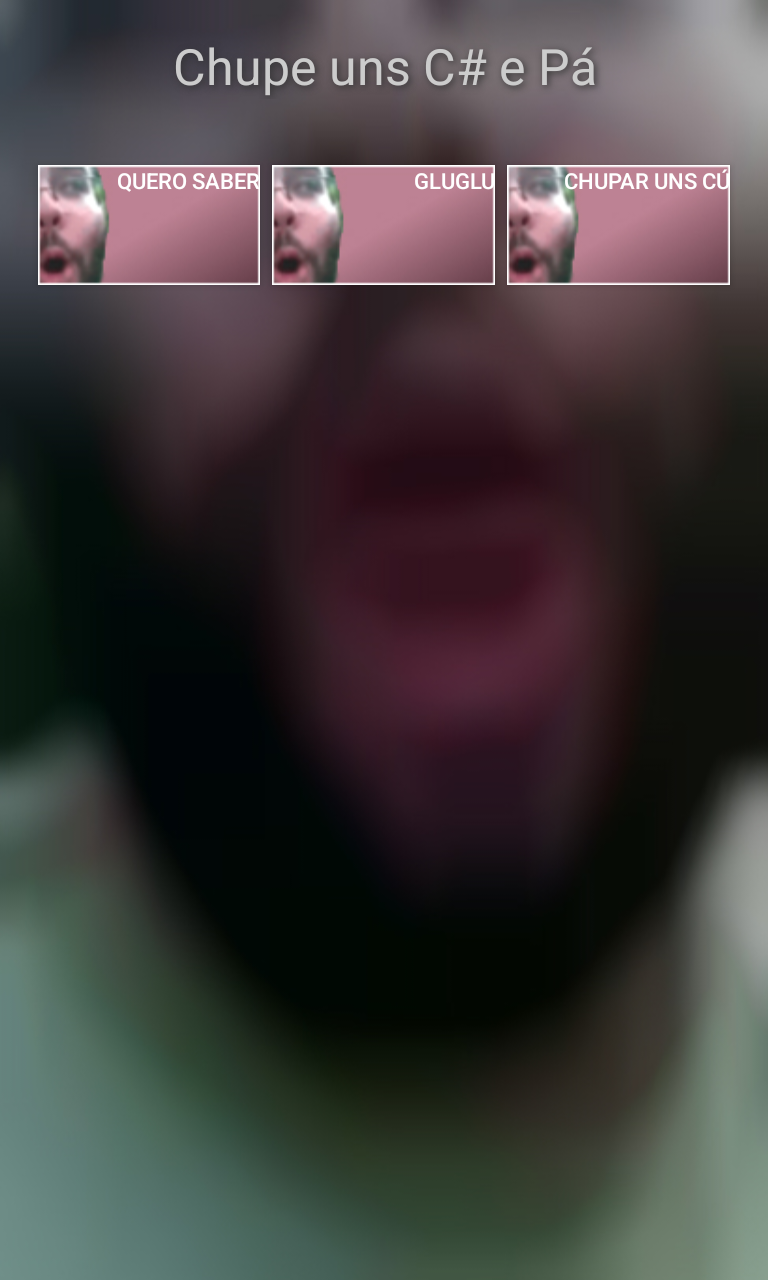
Repository: Cookahn/bioca_sounds
Layout: ChicoBiocaApp/res/layout/remix_activity.xml
The author's editor kept a copy of each file at every save. The layout is drawn from the files as they stood at one save, then again after the next save.
It is drawn on a 768 x 1280 px phone screen (xhdpi) without system bars, with theme AppTheme; the app's code is not run.

Above is the layout before, as saved 2014-08-12 14:32:29.

### ChicoBiocaApp/res/layout/remix_activity.xml
<?xml version="1.0" encoding="utf-8"?>
<LinearLayout xmlns:android="http://schemas.android.com/apk/res/android"
    android:layout_width="match_parent"
    android:layout_height="match_parent"
    android:background="@drawable/backgroundtofuck"
    android:orientation="vertical"
    android:paddingBottom="@dimen/activity_vertical_margin"
    android:paddingLeft="@dimen/activity_horizontal_margin"
    android:paddingRight="@dimen/activity_horizontal_margin"
    android:paddingTop="@dimen/activity_vertical_margin" >

    <TextView
        android:layout_width="match_parent"
        android:layout_height="wrap_content"
        android:layout_marginBottom="30dp"
        android:gravity="center_horizontal"
        android:shadowColor="#333"
        android:shadowDx="2"
        android:shadowDy="2"
        android:shadowRadius="6"
        android:text="Chupe uns C# e Pá"
        android:textColor="#ccc"
        android:textSize="25sp" />

    <LinearLayout
        android:layout_width="match_parent"
        android:layout_height="wrap_content"
        android:orientation="horizontal"
        android:weightSum="3" >

        <Button
            android:layout_width="0dp"
            android:layout_height="wrap_content"
            android:layout_margin="3dp"
            android:layout_weight="1"
            android:background="@drawable/button_song"
            android:gravity="right"
            android:text="Quero saber"
            android:textColor="#fff"
            android:textSize="11sp" />

        <Button
            android:layout_width="0dp"
            android:layout_height="wrap_content"
            android:layout_margin="3dp"
            android:layout_weight="1"
            android:background="@drawable/button_song"
            android:gravity="right"
            android:text="GluGlu"
            android:textColor="#fff"
            android:textSize="11sp" />

        <Button
            android:layout_width="0dp"
            android:layout_height="wrap_content"
            android:layout_margin="3dp"
            android:layout_weight="1"
            android:background="@drawable/button_song"
            android:gravity="right"
            android:text="Chupar uns Cú"
            android:textColor="#fff"
            android:textSize="11sp" />
    </LinearLayout>

</LinearLayout>

Loaded but not shown: ChicoBiocaApp/res/values/styles.xml (common file); ChicoBiocaApp/res/values-v11/styles.xml (common file); ChicoBiocaApp/res/values-v14/styles.xml (common file); ChicoBiocaApp/res/values/dimens.xml (common file); ChicoBiocaApp/res/values-w820dp/dimens.xml (common file)

After the next save:
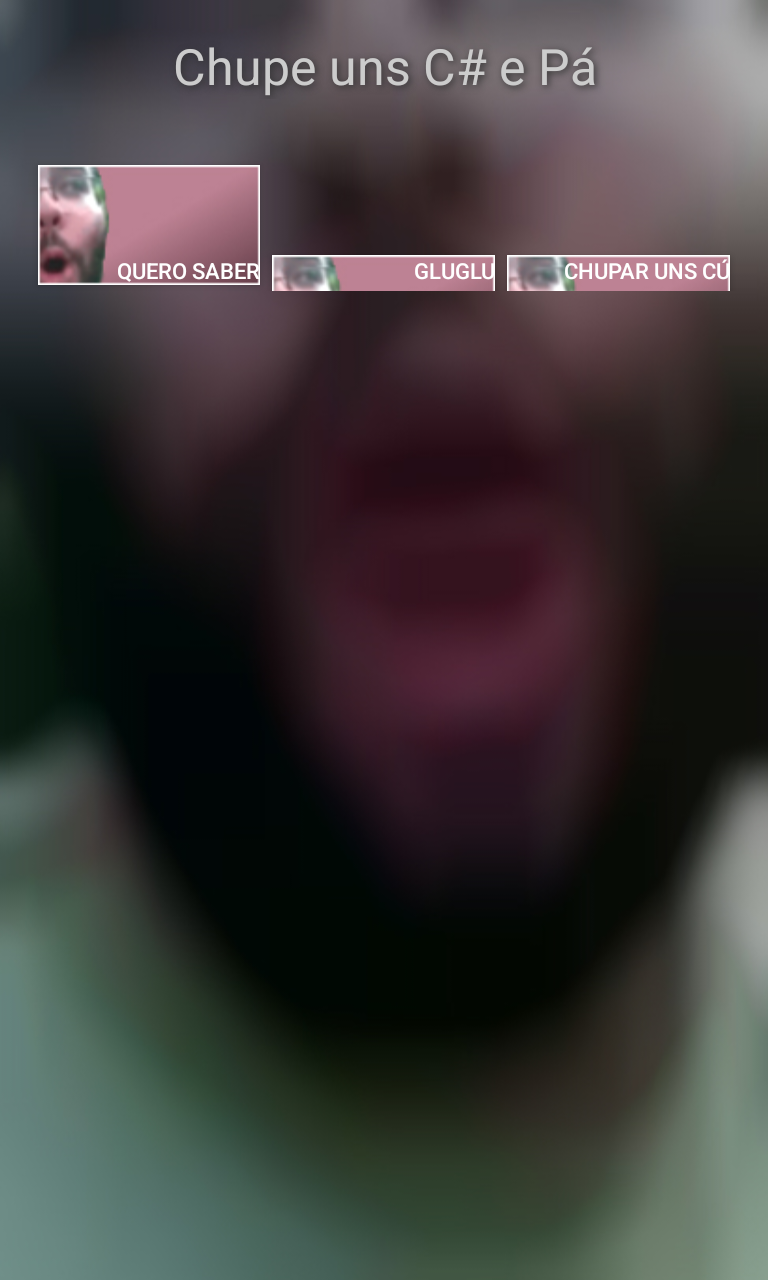
Saved 33 s later.
--- a/ChicoBiocaApp/res/layout/remix_activity.xml
+++ b/ChicoBiocaApp/res/layout/remix_activity.xml
@@ -34,7 +34,7 @@
             android:layout_margin="3dp"
             android:layout_weight="1"
             android:background="@drawable/button_song"
-            android:gravity="right"
+            android:gravity="bottom|right"
             android:text="Quero saber"
             android:textColor="#fff"
             android:textSize="11sp" />
